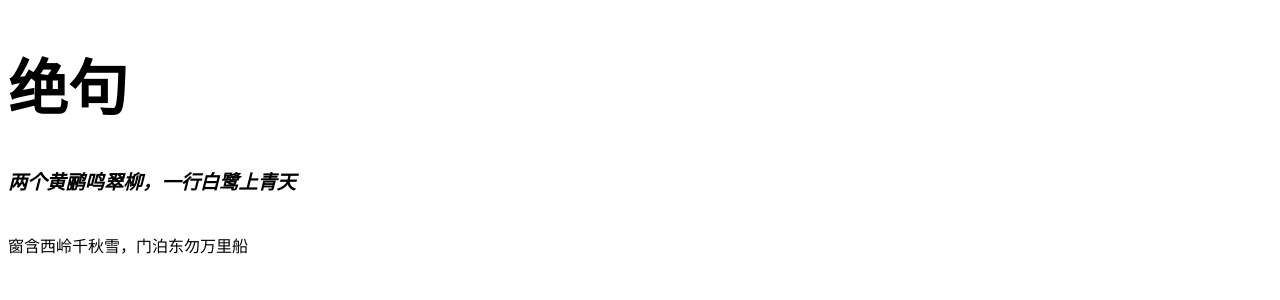
Repository: ljx1197678031/Wed-Design
Page: 01/3.html
The author's editor kept a copy of each file at every save. The page is drawn from the files as they stood at one save, then again after the next save.
The browser window is 1280 px wide. The pictures show the whole page.

Above is the page before, as saved 2020-05-30 14:41:15.

After the next save:
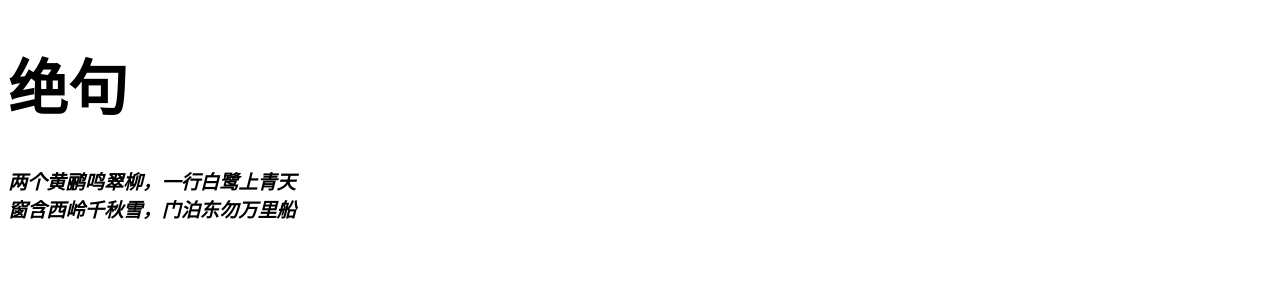
Saved 15 s later.
--- a/01/3.html
+++ b/01/3.html
@@ -19,7 +19,7 @@
 </head>
 <body>
     <h1>绝句</h1>
-    <p>两个黄鹂鸣翠柳，一行白鹭上青天</p>
+    <p>两个黄鹂鸣翠柳，一行白鹭上青天
     <br/>窗含西岭千秋雪，门泊东勿万里船
     </p>
 </body>
